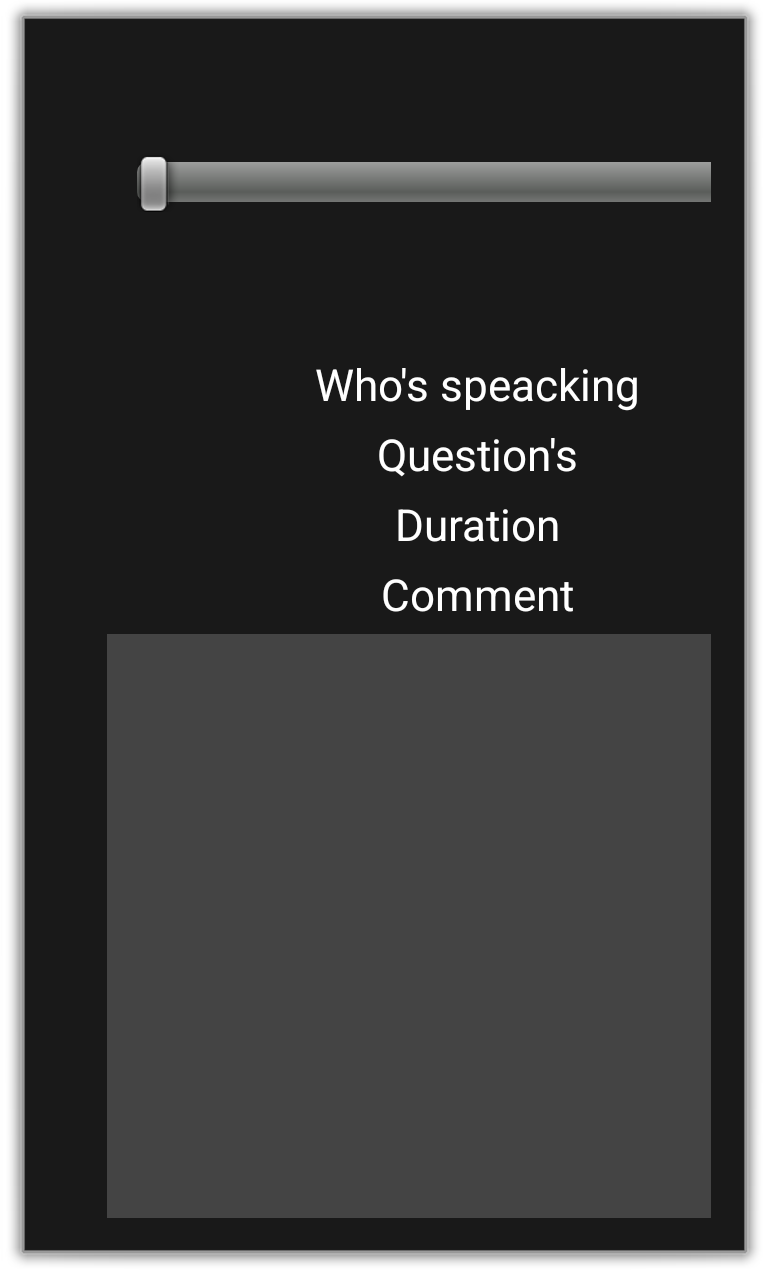
Repository: i-togui/TX
Layout: MM-Project/res/layout/activity_tag.xml
An editor plug-in stored every save of this project. The layout is shown before and after the next save, followed by the edit.
It is drawn on a 768 x 1280 px phone screen (xhdpi) without system bars, with theme android:Theme.Dialog; the app's code is not run. Lists and similar views that code fills are empty.

Above is the layout before, as saved 2013-12-31 17:32:13.

### MM-Project/res/layout/activity_tag.xml
<LinearLayout xmlns:android="http://schemas.android.com/apk/res/android"
    xmlns:tools="http://schemas.android.com/tools"
    android:layout_width="1200dp"
    android:layout_height="700dp"
    android:paddingBottom="@dimen/activity_vertical_margin"
    android:paddingLeft="@dimen/activity_vertical_margin"
    android:paddingRight="@dimen/activity_vertical_margin"
    android:weightSum="4.0"
    android:orientation="vertical"
    android:paddingTop="@dimen/activity_vertical_margin"
    tools:context=".TagActivity" >
	    <LinearLayout
	    android:layout_width="1165dp"
	    android:layout_height="150dp"
	    android:layout_weight="1.0"
	    android:weightSum="10.0"
	    android:padding="10dp"
	    android:layout_marginLeft="30dp"
	    android:orientation="horizontal">

		    <SeekBar
	        android:id="@+id/seek_bar"
	        android:layout_width="800dp"
	        android:layout_height="wrap_content"
	        android:layout_gravity="center_vertical"
            android:gravity="center_vertical"
	        android:layout_centerInParent="true" />

			<ImageView
			android:id="@+id/img_play"
		    android:layout_width="100dp"
	        android:layout_height="100dp"
	        android:layout_gravity="center_vertical"
            android:gravity="center_vertical"
	        android:src="@drawable/play"
	        android:onClick="playAction"/>

			<ImageView
			android:id="@+id/img_pause"
		    android:layout_width="100dp"
	        android:layout_height="100dp"
	        android:layout_gravity="center_vertical"
            android:gravity="center_vertical"
	        android:src="@drawable/ic_action_pause_over_video"
	        android:onClick="pauseAction"/>

			<ImageView
			android:id="@+id/img_save"
		    android:layout_width="100dp"
	        android:layout_height="100dp"
	        android:layout_gravity="center_vertical"
            android:gravity="center_vertical"
	        android:src="@drawable/ic_action_save"
	        android:onClick="saveAll"/>
	    </LinearLayout>
	   	<LinearLayout
	    android:layout_width="1165dp"
	    android:layout_height="500dp"
	    android:layout_weight="1.0"
	    android:weightSum="10.0"
	    android:layout_marginTop="10dp"
	    android:padding="10dp"
	    android:orientation="horizontal">
			<LinearLayout
		    android:layout_width="400dp"
		    android:layout_height="480dp"
		    android:orientation="vertical">
			    <TextView
	            android:id="@+id/textWho"
	            android:layout_width="wrap_content"
	            android:layout_height="wrap_content"
	            android:layout_gravity="center_horizontal"
	            android:gravity="center_horizontal"
	            android:layout_weight="1.0"
	            android:text="Who's speacking"
	            android:textAppearance="?android:attr/textAppearanceLarge"/>
			    <TextView
	            android:id="@+id/textWhy"
	            android:layout_width="wrap_content"
	            android:layout_height="wrap_content"
	            android:layout_gravity="center_horizontal"
	            android:gravity="center_horizontal"
	            android:layout_weight="1.0"
	            android:text="Question's"
	            android:textAppearance="?android:attr/textAppearanceLarge"/>
				<TextView
	            android:id="@+id/texthowmuch"
	            android:layout_width="wrap_content"
	            android:layout_height="wrap_content"
	            android:layout_gravity="center_horizontal"
	            android:gravity="center_horizontal"
	            android:layout_weight="1.0"
	            android:text="Duration"
	            android:textAppearance="?android:attr/textAppearanceLarge"/>
				<TextView
	            android:id="@+id/textcomment"
	            android:layout_width="370dp"
	            android:layout_height="wrap_content"
	            android:layout_gravity="center_horizontal"
	            android:gravity="center_horizontal"
	            android:layout_weight="1.0"
	            android:text="Comment"
	            android:scrollbars = "horizontal"
	            android:textAppearance="?android:attr/textAppearanceLarge"/>
				<ListView
				android:id="@+id/items_list"
				android:layout_width="370dp"
				android:layout_height="320dp"
				android:layout_gravity="center_horizontal"
	            android:gravity="center_horizontal"
				android:layout_marginBottom="20dp"
				android:background="@color/whitegrey"/>
		    </LinearLayout>
			<HorizontalScrollView
			android:layout_width="730dp"
			android:background="@drawable/border"
	    	android:layout_height="480dp">
				<LinearLayout
			    android:id="@+id/list_list"
				android:layout_width="730dp"
				android:layout_margin="40dp"
			    android:layout_height="480dp"
			    android:orientation="horizontal">

				</LinearLayout>
			</HorizontalScrollView>
	    </LinearLayout>
 </LinearLayout>

### MM-Project/res/values/styles.xml
<?xml version="1.0" encoding="utf-8"?>
<resources>

    <!--
        Base application theme, dependent on API level. This theme is replaced
        by AppBaseTheme from res/values-vXX/styles.xml on newer devices.
    -->
    <style name="AppBaseTheme" parent="android:Theme.Light">
        <!--
            Theme customizations available in newer API levels can go in
            res/values-vXX/styles.xml, while customizations related to
            backward-compatibility can go here.
        -->
    </style>

    <!-- Application theme. -->
    <style name="AppTheme" parent="AppBaseTheme">
        <!-- All customizations that are NOT specific to a particular API-level can go here. -->
    </style>

    <color name="black">#FF000000</color>
    <color name="whitegrey">#FF444444</color>
    <color name="whitegreyy">#FFFFFFFF</color>
    <color name="blue">#FF0000FF</color>

    <style name="dialog_light" parent="@android:style/Theme.Dialog">
        <item name="@android:windowBackground">@color/whitegrey</item>
        <item name="@android:textColor">@color/black</item>
    </style>

    <style name="LoginFormContainer">
        <item name="android:layout_width">match_parent</item>
        <item name="android:layout_height">wrap_content</item>
        <item name="android:padding">16dp</item>
    </style>

</resources>

### MM-Project/res/drawable/border.xml
<?xml version="1.0" encoding="utf-8"?>
<shape xmlns:android="http://schemas.android.com/apk/res/android"
       android:shape="rectangle">
   <stroke
        android:width="5dip"
        android:color="@android:color/white" />
    <corners
      android:radius="2dp"
      android:topRightRadius="0dp"
      android:bottomRightRadius="0dp"
      android:bottomLeftRadius="0dp" />
</shape>

Loaded but not shown: MM-Project/res/values/dimens.xml (common file)

After the next save:
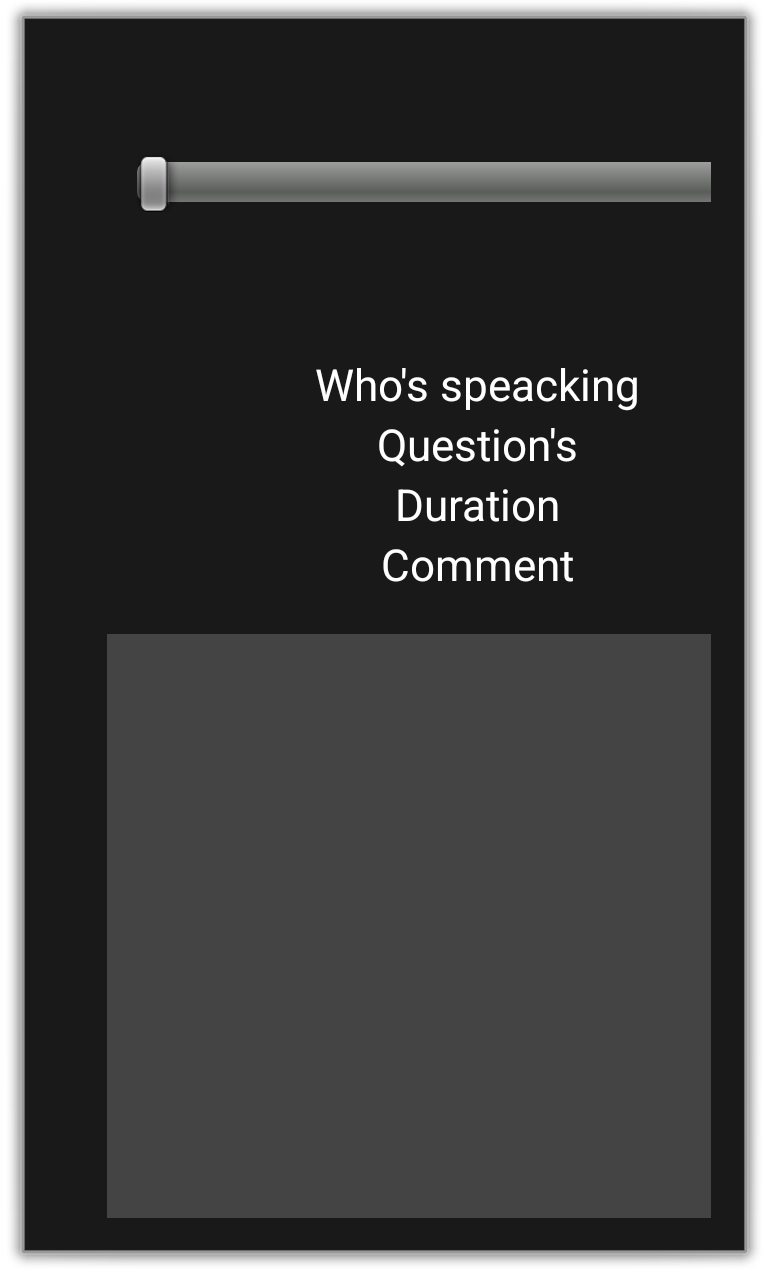
Saved 13 s later.
--- a/MM-Project/res/layout/activity_tag.xml
+++ b/MM-Project/res/layout/activity_tag.xml
@@ -101,6 +101,7 @@
 	            android:layout_weight="1.0"
 	            android:text="Comment"
 	            android:scrollbars = "horizontal"
+	            android:layout_marginBottom="20dp"
 	            android:textAppearance="?android:attr/textAppearanceLarge"/>
 				<ListView
 				android:id="@+id/items_list"
